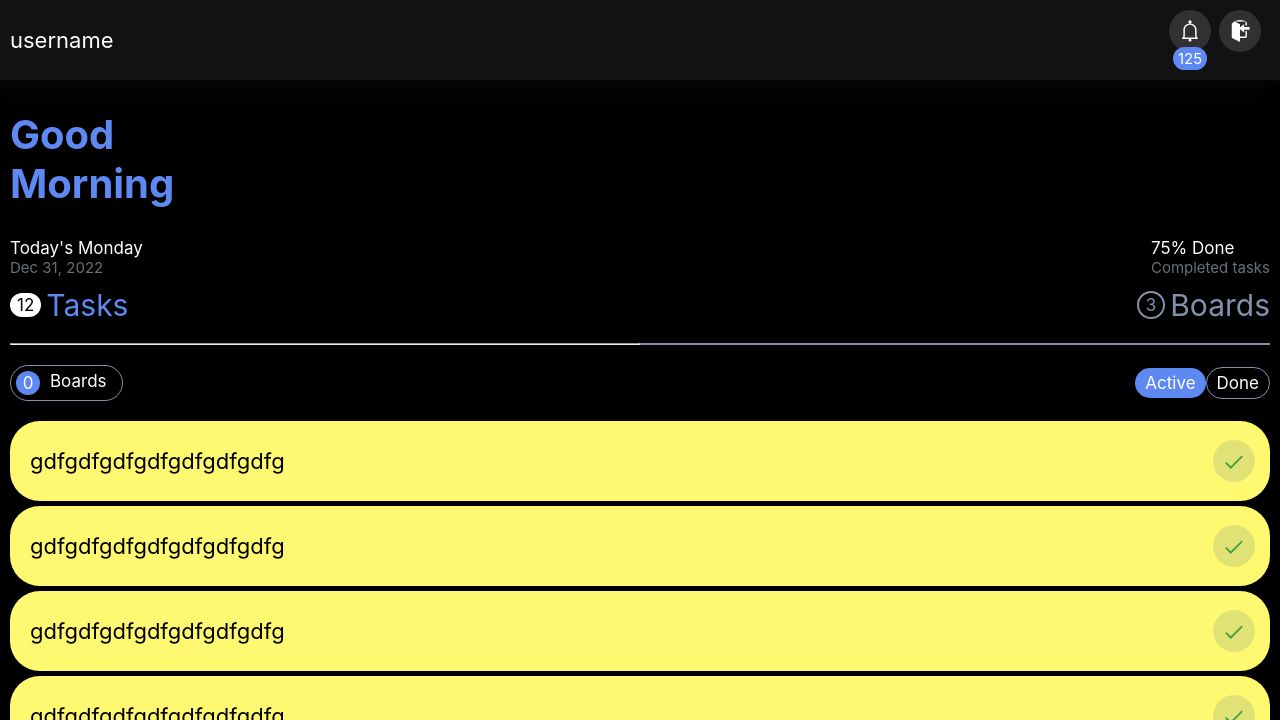
Repository: ShindanoSingi/todo-app
Page: /
The author's editor kept a copy of each file at every save. The page is drawn from the files as they stood at one save, then again after a run of saves.
The browser window is 1280 px wide. The pictures show the whole page.
The project was rebuilt for these pictures with package versions that can differ from the ones it lists, and the page was loaded fresh each time. Also part of the build but not shown: src/pages/LandingPage.js.

Above is the page before, as saved 2023-01-01 19:21:24.

### src/index.css
* {
  font-size: 22px;
  margin: 0;
  padding: 0;
}

body {
  margin: 0;
  padding: 0;
  font-family: -apple-system, BlinkMacSystemFont, 'Segoe UI', 'Roboto', 'Oxygen',
    'Ubuntu', 'Cantarell', 'Fira Sans', 'Droid Sans', 'Helvetica Neue',
    sans-serif;
  -webkit-font-smoothing: antialiased;
  -moz-osx-font-smoothing: grayscale;
}

code {
  font-family: source-code-pro, Menlo, Monaco, Consolas, 'Courier New',
    monospace;
}

.signin-icon-signin-text-container {
  display: flex;
  align-items: center;
  flex-direction: column;
}

.bell-icon-bell-num-container {
  display: flex;
  flex-direction: column;
  align-items: center;
  margin-left: 20px;
}

.signin-text {
  display: none;
}

.bell-num,
.signin-text {
  font-size: 15px;
}

.bell-num {
  text-align: center;
  color: #fff;
  padding: 2px 5px;
  background-color: #5f89f2;
  border-radius: 50px;
  margin-top: -5px;
}

.bell-icon,
.signin-icon {
  color: white;
  padding: 10px;
  border-radius: 50px;
  background-color: #313133;
}

div.signin-icon-signin-text-container:hover p.signin-text {
  display: block;
}

.bell-icon-signin-container {
  display: grid;
  grid-template-columns: 60px 60px;
}

.username,
.signin-text {
  color: #fff;
}

.nav-bar {
  display: flex;
  align-items: center;
  justify-content: space-between;
  padding: 10px;
  background: #121212;
  box-shadow: -11px 11px 22px #070707, 11px -11px 22px #1d1d1d;
}

h1 {
  position: absolute;
  top: 10%;
  z-index: 1;
}

h2 {
  font-size: 40px;
  color: #5f89f2;
}

.salutation-container {
  margin-top: 30px;
  padding-left: 10px;
}

.day,
.percent,
.small-boards,
.done,
.active {
  font-size: 17px;
  color: #ffffff;
}

.date,
.completed {
  font-size: 15px;
  color: #6a6f75;
}

.day-to-percent-container {
  display: flex;
  justify-content: space-between;
  padding: 10px;
  margin-top: 20px;
}

.tasks-num {
  text-align: center;
  font-size: 17px;
  background: #ffff;
  padding: 2px 7px;
  border-radius: 50px;
  height: 20px;
}

.tasks {
  font-size: 30px;
  font-weight: light;
  color: #5f89f2;
}

.boards-num {
  font-size: 17px;
  color: #8292ad;
  border: 2px solid #8292ad;
  padding: 2px 7px;
  border-radius: 50px;
  height: 20px;
}

.big-boards {
  font-size: 30px;
  font-weight: light;
  color: #8292ad;
}

.tasks-num-tasks-container,
.boards-num-boards-container {
  display: flex;
  align-items: center;
  gap: 5px;
}

.line-tasks {
  width: 50%;
}

.line-boards {
  width: 50%;
  border: 1px solid #8292ad;
}

.line-tasks-ine-boards-container {
  display: flex;
  justify-content: space-between;
  /* margin-top: 10px; */
  padding: 0 10px;
}

.tasks-to-boards-container {
  display: flex;
  justify-content: space-between;
  padding: 0 10px;
}

.num-boards {
  font-size: 17px;
  text-align: center;
  color: #fff;
  background: #5f89f2;
  padding: 2px;
  border-radius: 50px;
  height: 20px;
  width: 20px;
}

.small-boards {
  color: #fff;
}

.num-boards-small-boards-container {
  display: flex;
  gap: 10px;
  border: 1px solid #8292ad;
  padding: 5px;
  border-radius: 50px;
  padding-right: 15px;
}

.active {
  text-align: center;
  background: #5f89f2;
  padding: 0px 10px;
  border-radius: 50px;
  padding: 5px 10px;
}

.done {
  display: flex;
  gap: 10px;
  border: 1px solid #8292ad;
  border-radius: 50px;
  padding: 5px 10px;
}

.active-done-container {
  display: flex;
  align-items: center;
}

.num-boards-to-small-boards-container {
  display: flex;
  justify-content: space-between;
  align-items: center;
  padding: 0 10px;
}

.task-title {
  word-wrap: break-word;
  padding: 5px;
  width: 80%;
}

.check-circle-icon {
  color: white;
  padding: 10px;
  border-radius: 50px;
  background: rgba(121, 141, 139, 0.21);
}

.todo-card {
  margin: 0 10px;
  padding: 15px;
  min-height: 50px;
  border-radius: 30px;
  display: flex;
  align-items: center;
  justify-content: space-between;
}

.todos-container {
  display: flex;
  flex-direction: column;
  gap: 5px;
  max-height: 300px;
  overflow-y: scroll;
}

.main {
  display: flex;
  flex-direction: column;
  gap: 20px;
}

/* Credit: Cole McCombs; */
.landing-page-wrapper {
  height: 100%;
  display: flex;
  flex-direction: column;
  align-items: center;
  justify-content: center;
}

/* Credit: Cole McCombs; */
.button {
  min-width: 150px;
  min-height: 40px;
  font-family: 'Nunito', sans-serif;
  font-size: 22px;
  text-transform: uppercase;
  letter-spacing: 1.3px;
  font-weight: 700;
  color: #313133;
  background: #37b7ff;
  background: linear-gradient(
    90deg,
    rgb(59, 123, 190) 0%,
    rgb(29, 181, 228) 100%
  );
  border: none;
  border-radius: 1000px;
  box-shadow: 12px 12px 24px rgba(28, 120, 186, 0.64);
  transition: all 0.3s ease-in-out 0s;
  cursor: pointer;
  outline: none;
  position: absolute;
  top: 85%;
  padding: 10px;
}

/* Credit: Cole McCombs; */
button::before {
  content: '';
  border-radius: 1000px;
  min-width: calc(150px + 12px);
  min-height: calc(40px + 12px);
  border: 6px solid #008cff;
  box-shadow: 0 0 60px rgba(25, 150, 233, 0.64);
  position: absolute;
  top: 50%;
  left: 50%;
  transform: translate(-50%, -50%);
  opacity: 0;
  transition: all 0.3s ease-in-out 0s;
}

/* Credit: Cole McCombs; */
.button:hover,
.button:focus {
  color: #bfbfd4;
  transform: translateY(-6px);
}

/* Credit: Cole McCombs; */
button:hover::before,
button:focus::before {
  opacity: 1;
}

/* Credit: Cole McCombs; */
button::after {
  content: '';
  width: 30px;
  height: 30px;
  border-radius: 100%;
  border: 6px solid #0f8bdd;
  position: absolute;
  z-index: -1;
  top: 50%;
  left: 50%;
  transform: translate(-50%, -50%);
  animation: ring 1.5s infinite;
}

/* Credit: Cole McCombs; */
button:hover::after,
button:focus::after {
  animation: none;
  display: none;
}

/* Credit: Cole McCombs; */
@keyframes ring {
  0% {
    width: 20px;
    height: 20px;
    opacity: 1;
  }
  100% {
    width: 150px;
    height: 150px;
    opacity: 0;
  }
}

.landing-page-image {
  position: fixed;
  width: 100%;
  height: 100%;
}

.landing-page-image {
  -webkit-animation: anim 8s infinite linear;
  animation: anim 8s infinite linear;
}

@-webkit-keyframes anim {
  from {
    -webkit-transform: rotateY(0deg);
  }
  to {
    -webkit-transform: rotateY(90deg);
  }
}

@keyframes anim {
  from {
    transform: rotateY(90deg);
  }
  to {
    transform: rotateY(0deg);
  }
}

.container {
  height: 100%;
  width: 100%;
  position: fixed;
  background-color: #000000;
}

### src/App.js
import Todos from './pages/Todos'

import LandingPage from './pages/LandingPage'

function App() {
  return (
    <div className="">
      {/* <LandingPage /> */}
      <Todos />
    </div>
  )
}

export default App

### src/pages/Todos.js
import React from 'react'
import checkbox from '../assests/check.svg'
import { RxBell } from 'react-icons/rx'
import { GoSignIn } from 'react-icons/go'
import { FcCheckmark } from 'react-icons/fc'

function Todos() {
    let color = "#FEF970"
    return (
        <div className='container'>
            <div className='todos-wrapper'>
                <nav className='nav-bar'>
                    <p className='username'>username</p>
                    <div className='bell-icon-signin-container'>
                        <div className='bell-icon-bell-num-container'>
                            <RxBell className='bell-icon' />
                            <p className='bell-num'>125</p>
                        </div>
                        <div className='signin-icon-signin-text-container'>
                            <GoSignIn className='signin-icon' />
                            <p className='signin-text'>Sign In</p>
                        </div>

                    </div>
                </nav>
                <div className='salutation-container'>
                    <h2 className='good-text'>Good</h2>
                    <h2 className='morning-text'>Morning</h2>
                </div>

                <div className='day-to-percent-container'>
                    <div className='day-date-container'>
                        <p className='day'>Today's Monday</p>
                        <p className='date'>Dec 31, 2022</p>
                    </div>
                    <div className='percent-completed-container'>
                        <p className='percent'>75% Done</p>
                        <p className='completed'>Completed tasks</p>
                    </div>
                </div>
                <main className='main'>
                    <div className='tasks-to-boards-container'>
                        <div className='tasks-num-tasks-container'>
                            <p className='tasks-num'>12</p>
                            <p className='tasks'>Tasks</p>
                        </div>
                        <div className='boards-num-boards-container'>
                            <p className='boards-num'>3</p>
                            <p className='big-boards'>Boards</p>
                        </div>
                    </div>
                    <div className='line-tasks-ine-boards-container'>
                        <hr className='line-tasks' />
                        <hr className='line-boards' />
                    </div>

                    <div className='num-boards-to-small-boards-container'>
                        <div className='num-boards-small-boards-container'>
                            <p className='num-boards'>0</p>
                            <p className='small-boards'>Boards</p>
                        </div>
                        <div className='active-done-container'>
                            <p className='active'>Active</p>
                            <p className='done'>Done</p>
                        </div>
                    </div>
                    <div className='todos-container'>
                        <div className='todo-card' style={{ backgroundColor: color }}>
                            <p className='task-title'>gdfgdfgdfgdfgdfgdfgdfg</p>
                            < FcCheckmark className='check-circle-icon' />
                        </div>
                        <div className='todo-card' style={{ backgroundColor: color }}>
                            <p className='task-title'>gdfgdfgdfgdfgdfgdfgdfg</p>
                            < FcCheckmark className='check-circle-icon' />
                        </div>
                        <div className='todo-card' style={{ backgroundColor: color }}>
                            <p className='task-title'>gdfgdfgdfgdfgdfgdfgdfg</p>
                            < FcCheckmark className='check-circle-icon' />
                        </div>
                        <div className='todo-card' style={{ backgroundColor: color }}>
                            <p className='task-title'>gdfgdfgdfgdfgdfgdfgdfg</p>
                            < FcCheckmark className='check-circle-icon' />
                        </div>
                        <div className='todo-card' style={{ backgroundColor: color }}>
                            <p className='task-title'>gdfgdfgdfgdfgdfgdfgdfg</p>
                            < FcCheckmark className='check-circle-icon' />
                        </div>
                        <div className='todo-card' style={{ backgroundColor: color }}>
                            <p className='task-title'>gdfgdfgdfgdfgdfgdfgdfg</p>
                            < FcCheckmark className='check-circle-icon' />
                        </div>
                        <div className='todo-card' style={{ backgroundColor: color }}>
                            <p className='task-title'>gdfgdfgdfgdfgdfgdfgdfg</p>
                            < FcCheckmark className='check-circle-icon' />
                        </div>
                        <div className='todo-card' style={{ backgroundColor: color }}>
                            <p className='task-title'>gdfgdfgdfgdfgdfgdfgdfg</p>
                            < FcCheckmark className='check-circle-icon' />
                        </div>
                        <div className='todo-card' style={{ backgroundColor: color }}>
                            <p className='task-title'>gdfgdfgdfgdfgdfgdfgdfg</p>
                            < FcCheckmark className='check-circle-icon' />
                        </div>
                        <div className='todo-card' style={{ backgroundColor: color }}>
                            <p className='task-title'>gdfgdfgdfgdfgdfgdfgdfg</p>
                            < FcCheckmark className='check-circle-icon' />
                        </div>
                        <div className='todo-card' style={{ backgroundColor: color }}>
                            <p className='task-title'>gdfgdfgdfgdfgdfgdfgdfg</p>
                            < FcCheckmark className='check-circle-icon' />
                        </div>
                        <div className='todo-card' style={{ backgroundColor: color }}>
                            <p className='task-title'>gdfgdfgdfgdfgdfgdfgdfg</p>
                            < FcCheckmark className='check-circle-icon' />
                        </div>
                        <div className='todo-card' style={{ backgroundColor: color }}>
                            <p className='task-title'>gdfgdfgdfgdfgdfgdfgdfg</p>
                            < FcCheckmark className='check-circle-icon' />
                        </div>
                        <div className='todo-card' style={{ backgroundColor: color }}>
                            <p className='task-title'>gdfgdfgdfgdfgdfgdfgdfg</p>
                            < FcCheckmark className='check-circle-icon' />
                        </div>
                        <div className='todo-card' style={{ backgroundColor: color }}>
                            <p className='task-title'>gdfgdfgdfgdfgdfgdfgdfg</p>
                            < FcCheckmark className='check-circle-icon' />
                        </div>
                        <div className='todo-card' style={{ backgroundColor: color }}>
                            <p className='task-title'>gdfgdfgdfgdfgdfgdfgdfg</p>
                            < FcCheckmark className='check-circle-icon' />
                        </div>
                        <div className='todo-card' style={{ backgroundColor: color }}>
                            <p className='task-title'>gdfgdfgdfgdfgdfgdfgdfg</p>
                            < FcCheckmark className='check-circle-icon' />
                        </div>
                        <div className='todo-card' style={{ backgroundColor: color }}>
                            <p className='task-title'>gdfgdfgdfgdfgdfgdfgdfg</p>
                            < FcCheckmark className='check-circle-icon' />
                        </div>
                        <div className='todo-card' style={{ backgroundColor: color }}>
                            <p className='task-title'>gdfgdfgdfgdfgdfgdfgdfg</p>
                            < FcCheckmark className='check-circle-icon' />
                        </div>
                        <div className='todo-card' style={{ backgroundColor: color }}>
                            <p className='task-title'>gdfgdfgdfgdfgdfgdfgdfg</p>
                            < FcCheckmark className='check-circle-icon' />
                        </div>
                        <div className='todo-card' style={{ backgroundColor: color }}>
                            <p className='task-title'>gdfgdfgdfgdfgdfgdfgdfg</p>
                            < FcCheckmark className='check-circle-icon' />
                        </div>
                        <div className='todo-card' style={{ backgroundColor: color }}>
                            <p className='task-title'>gdfgdfgdfgdfgdfgdfgdfg</p>
                            < FcCheckmark className='check-circle-icon' />
                        </div>

                    </div>

                </main>
            </div>
        </div>
    )
}

export default Todos

Loaded but not shown: public/index.html (common file); src/index.js (common file); src/reportWebVitals.js (common file)

After the next 2 saves:
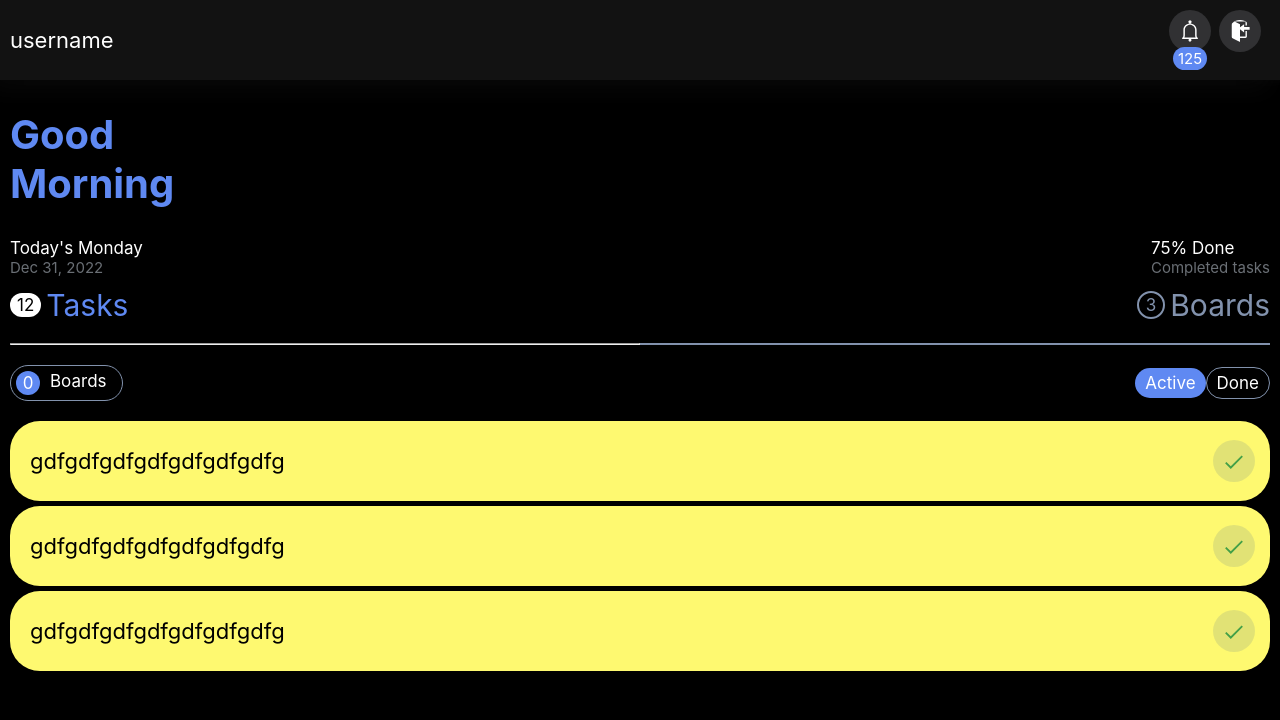
The 2 saves are shown as one change because they came seconds apart.
The last was saved 8 s later.
--- a/src/index.css
+++ b/src/index.css
@@ -257,7 +257,7 @@ h2 {
   display: flex;
   flex-direction: column;
   gap: 5px;
-  max-height: 300px;
+  max-height: 250px;
   overflow-y: scroll;
 }
 
